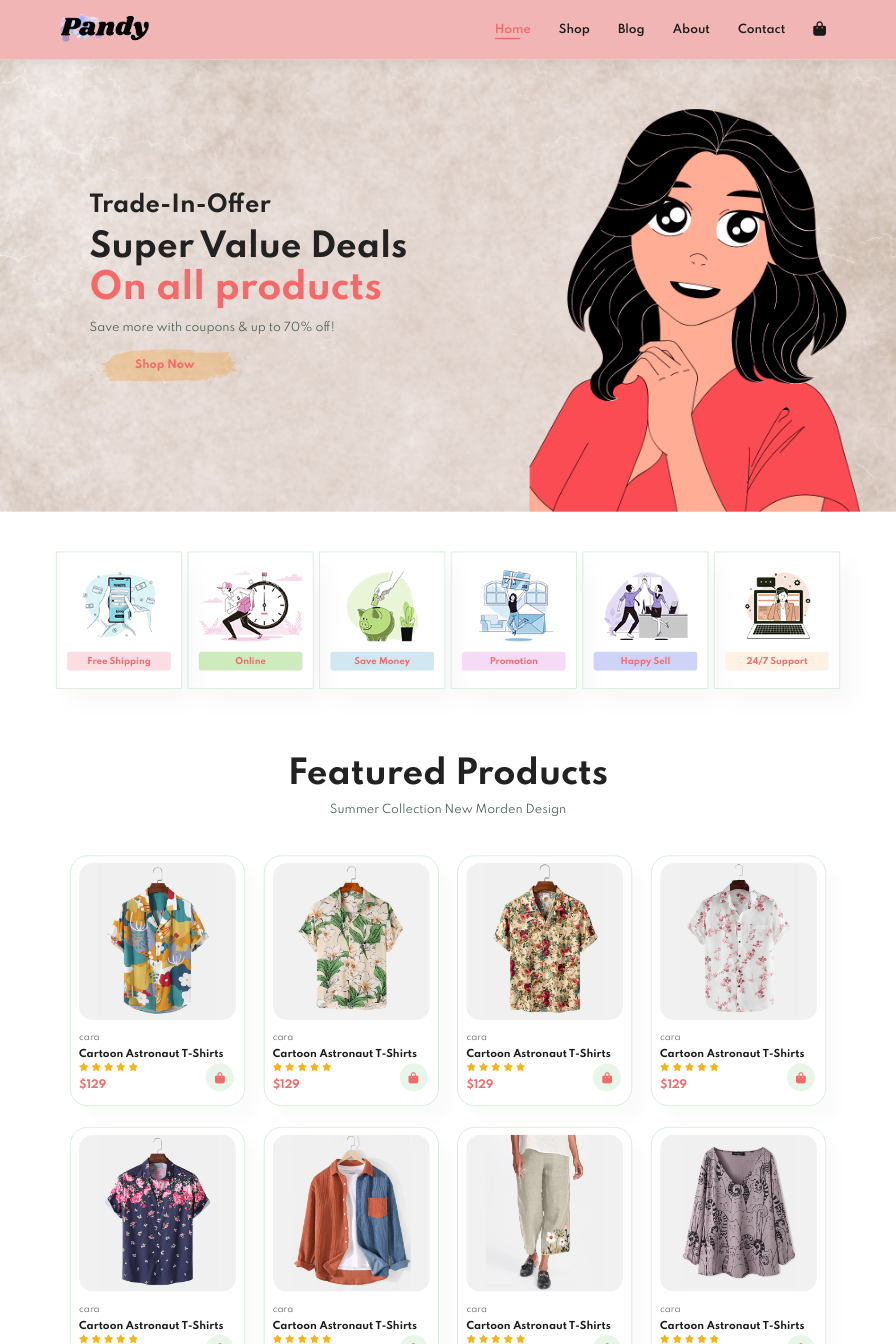
Repository: NassimeElkamari/Pandy-store-Frontend
Page: index.html
These files come from the project's save history. The page is drawn as it stood at one moment and after a run of saves; the edit follows.
The browser window is 1280 px wide. The pictures show the part of the page from y = 0 to 1920 px (the page is 3800 px tall), at 70% of full size.

Above is the page before, as saved 2024-10-05 12:09:14.

### index.html
<!DOCTYPE html>
<html lang="en">
<head>
    <meta charset="UTF-8">
    <title>Belli store</title>
    <link rel="stylesheet" href="style.css">
    <link rel="stylesheet" href="https://cdnjs.cloudflare.com/ajax/libs/font-awesome/6.5.1/css/all.min.css">
    <link rel="icon" href="img/favicon.ico">
</head>
<body>
    <!--Header-->
    <header id="Header">
        <a href="#"><img src="img/logo (1).png" class="logo"></a>
        <nav>
            <ul id="navbar">
                <li><a href="index.html" class="active">Home</a></li>
                <li><a href="shop.html" class="n-active">Shop</a></li>
                <li><a href="blog.html" class="n-active">Blog</a></li>
                <li><a href="about.html" class="n-active">About</a></li>
                <li><a href="contact.html" class="n-active">Contact</a></li>
                <li class="lg-bag"><a href="cart.html"><i class="fa-solid fa-bag-shopping head-cart"></i></a></li>
                <a id="Close" href="#"><i class="fa-solid fa-xmark"></i></a>
            </ul>
        </nav>
        <div id="mobile">
            <a href="cart.html"><i class="fa-solid fa-bag-shopping head-cart"></i></a>
            <i id="bar" class="fa-solid fa-bars"></i>
        </div>
    </header>

    <!--Hero section-->
    <section id="img-slider">
        <div class="slide active">
            <img src="img/img1.png" >
            <div class="info">
                <h4 class="select-none">Trade-In-Offer</h4>
                <h2 class="select-none">Super Value Deals</h2>
                <h1 class="select-none">On all products</h1>
                <p class="select-none">Save more with coupons & up to 70% off!</p>
                <button>Shop Now</button>
            </div>
        </div>
    </section>

    <!--Feature Section-->

    <section id="feature" class="section-p1">
        <div class="fe-box">
            <img src="img/features (1)/f1.png" >
            <h6>Free Shipping</h6>
        </div>
        <div class="fe-box">
            <img src="img/features (1)/f2.png" >
            <h6>Online</h6>
        </div>
        <div class="fe-box">
            <img src="img/features (1)/f3.png" >
            <h6>Save Money</h6>
        </div>
        <div class="fe-box">
            <img src="img/features (1)/f4.png" >
            <h6>Promotion</h6>
        </div>
        <div class="fe-box">
            <img src="img/features (1)/f5.png" >
            <h6>Happy Sell</h6>
        </div>
        <div class="fe-box">
            <img src="img/features (1)/f6.png" >
            <h6>24/7 Support</h6>
        </div>
    </section>

    <!--Products-->
    <section class="section-p1" id="product1">
        <h2>Featured Products</h2>
        <p>Summer Collection New Morden Design</p>
        <div class="pro-container">
            <div class="pro">
                <img src="img/products (1)/f1.jpg" >
                <div class="des">
                    <span>cara</span>
                    <h5>Cartoon Astronaut T-Shirts</h5>
                    <div class="star">
                        <i class="fa-solid fa-star"></i>
                        <i class="fa-solid fa-star"></i>
                        <i class="fa-solid fa-star"></i>
                        <i class="fa-solid fa-star"></i>
                        <i class="fa-solid fa-star"></i>
                    </div>
                    <h4>$129</h4>
                </div>
                <a href="cart.html" class="cart">
                    <i class="fa-solid fa-bag-shopping"></i>
                </a>
            </div>
            <div class="pro">
                <img src="img/products (1)/f2.jpg" >
                <div class="des">
                    <span>cara</span>
                    <h5>Cartoon Astronaut T-Shirts</h5>
                    <div class="star">
                        <i class="fa-solid fa-star"></i>
                        <i class="fa-solid fa-star"></i>
                        <i class="fa-solid fa-star"></i>
                        <i class="fa-solid fa-star"></i>
                        <i class="fa-solid fa-star"></i>
                    </div>
                    <h4>$129</h4>
                </div>
                <a href="cart.html" class="cart">
                    <i class="fa-solid fa-bag-shopping"></i>
                </a>
            </div>
            <div class="pro">
                <img src="img/products (1)/f3.jpg" >
                <div class="des">
                    <span>cara</span>
                    <h5>Cartoon Astronaut T-Shirts</h5>
                    <div class="star">
                        <i class="fa-solid fa-star"></i>
                        <i class="fa-solid fa-star"></i>
                        <i class="fa-solid fa-star"></i>
                        <i class="fa-solid fa-star"></i>
                        <i class="fa-solid fa-star"></i>
                    </div>
                    <h4>$129</h4>
                </div>
                <a href="cart.html" class="cart">
                    <i class="fa-solid fa-bag-shopping"></i>
                </a>
            </div>
            <div class="pro">
                <img src="img/products (1)/f4.jpg" >
                <div class="des">
                    <span>cara</span>
                    <h5>Cartoon Astronaut T-Shirts</h5>
                    <div class="star">
                        <i class="fa-solid fa-star"></i>
                        <i class="fa-solid fa-star"></i>
                        <i class="fa-solid fa-star"></i>
                        <i class="fa-solid fa-star"></i>
                        <i class="fa-solid fa-star"></i>
                    </div>
                    <h4>$129</h4>
                </div>
                <a href="cart.html" class="cart">
                    <i class="fa-solid fa-bag-shopping"></i>
                </a>
            </div>
            <div class="pro">
                <img src="img/products (1)/f5.jpg" >
                <div class="des">
                    <span>cara</span>
                    <h5>Cartoon Astronaut T-Shirts</h5>
                    <div class="star">
                        <i class="fa-solid fa-star"></i>
                        <i class="fa-solid fa-star"></i>
                        <i class="fa-solid fa-star"></i>
                        <i class="fa-solid fa-star"></i>
                        <i class="fa-solid fa-star"></i>
                    </div>
                    <h4>$129</h4>
                </div>
                <a href="cart.html" class="cart">
                    <i class="fa-solid fa-bag-shopping"></i>
                </a>
            </div>
            <div class="pro">
                <img src="img/products (1)/f6.jpg" >
                <div class="des">
                    <span>cara</span>
                    <h5>Cartoon Astronaut T-Shirts</h5>
                    <div class="star">
                        <i class="fa-solid fa-star"></i>
                        <i class="fa-solid fa-star"></i>
                        <i class="fa-solid fa-star"></i>
                        <i class="fa-solid fa-star"></i>
                        <i class="fa-solid fa-star"></i>
                    </div>
                    <h4>$129</h4>
                </div>
                <a href="cart.html" class="cart">
                    <i class="fa-solid fa-bag-shopping"></i>
                </a>
            </div>
            <div class="pro">
                <img src="img/products (1)/f7.jpg" >
                <div class="des">
                    <span>cara</span>
                    <h5>Cartoon Astronaut T-Shirts</h5>
                    <div class="star">
                        <i class="fa-solid fa-star"></i>
                        <i class="fa-solid fa-star"></i>
                        <i class="fa-solid fa-star"></i>
                        <i class="fa-solid fa-star"></i>
                        <i class="fa-solid fa-star"></i>
                    </div>
                    <h4>$129</h4>
                </div>
                <a href="cart.html" class="cart">
                    <i class="fa-solid fa-bag-shopping"></i>
                </a>
            </div>
            <div class="pro">
                <img src="img/products (1)/f8.jpg" >
                <div class="des">
                    <span>cara</span>
                    <h5>Cartoon Astronaut T-Shirts</h5>
                    <div class="star">
                        <i class="fa-solid fa-star"></i>
                        <i class="fa-solid fa-star"></i>
                        <i class="fa-solid fa-star"></i>
                        <i class="fa-solid fa-star"></i>
                        <i class="fa-solid fa-star"></i>
                    </div>
                    <h4>$129</h4>
                </div>
                <a href="cart.html" class="cart">
                    <i class="fa-solid fa-bag-shopping"></i>
                </a>
            </div>
        </div>
    </section>

    <!--Call to Action-->
    <section id="banner" class="section-m1">
        <h4>Repair Services</h4>
        <h2>Up to <span>70% Off</span> All t-shirt & Accessories</h2>
        <button class="normal">Explore More</button>
    </section>

    <!--Small Banner-->
    <section id="sm-banner" class="section-p1">
        <div class="banner-box">
            <h4>Crazy deals</h4>
            <h2>buy 1 get 1 free</h2>
            <span>The best classic dress is on sale at cara</span>
            <button class="white">Learn More</button>
        </div>
        <div class="banner-box">
            <h4>spring summer</h4>
            <h2>upcoming season</h2>
            <span>The best classic dress is on sale at cara</span>
            <button class="white">Collection</button>
        </div>
    </section>

    <!--Features banner-->
    <section id="banner3">
        <div class="banner-box">
            <h4>SEASON SALE</h4>
            <h3>winter Collection -50% OFF</h3>
        </div>
        <div class="banner-box">
            <h4>NEW FOOTWEAR COLLECTION</h4>
            <h3>spring / summer 2024</h3>
        </div>
        <div class="banner-box">
            <h4>T-SHIRT</h4>
            <h3>New Trendy Prints</h3>
        </div>
    </section>

    <!--NewsLetter-->
    <section id="newsletter" class="section-p1 section-m1">
        <div class="newstext">
        <h4>Sign Up For NewsLetters</h4>
        <p>Get E-mail updates about our latest shop and <span>special offers.</span></p>
        </div>
        <form class="form">
            <input type="text" placeholder="Your email address"/>
            <button class="normal" type="submit">Sign Up</button>
        </form>
    </section>

    <!--Footer-->
    <footer class="section-p1">
        <div class="col">
            <img src="img/logo (1).png" class="logo">
            <h4>Contact</h4>
            <p><strong>Address: </strong>Bettana Salé</p>
            <p><strong>Phone: </strong>+212697690746</p>
            <p><strong>Hours: </strong>10:00 - 18:00, Mon - Sat</p>
            <div class="follow">
                <h4>Follow us</h4>
                <div class="icon">
                    <i class="fa-brands fa-facebook"></i>
                    <i class="fa-brands fa-instagram"></i>
                    <i class="fa-brands fa-linkedin"></i>
                    <i class="fa-brands fa-twitter"></i>
                </div>
            </div>
        </div>
        <div class="col">
            <h4>About</h4>
            <a href="about.html">About Us</a>
            <a href="blog.html">Delivery Information</a>
            <a href="blog.html">Privacy Policy</a>
            <a href="blog.html">Terms &amp; Conditions</a>
            <a href="contact.html">Contact Us</a>
        </div>
        <div class="col">
            <h4>My Account</h4>
            <a href="#">Sign In</a>
            <a href="cart.html">View Cart</a>
            <a href="shop.html">My WishList</a>
            <a href="product.html">Track My Order</a>
            <a href="contact.html">Help</a>
        </div>
        <div class="col install">
            <h4>Install App</h4>
            <p>From App Store or Google Play</p>
            <div class="row">
                <img src="img/pay (1)/app.jpg" >
                <img src="img/pay (1)/play.jpg" >
            </div>
            <p>Secured Payment Gateways</p>
            <img src="img/pay (1)/pay.png" >
        </div>
        <div class="copyright">
            <p>@2024 NassimeElkamari. All Rights Reserved</p>
        </div>
    </footer>

    <script src="main.js"></script>
</body>
</html>

### style.css
/* google font */
@import url('https://fonts.googleapis.com/css2?family=Spartan:wght@100;200;300;400;500;600;700;800;900&display=swap');

:root {
  --primary-color: #f76868;
}

* {
  margin: 0;
  padding: 0;
  box-sizing: border-box;
  font-family: 'Spartan', sans-serif;
}

html {
  scroll-behavior: smooth;
}

/********** Global Styles ************/

h1 {
  font-size: 3.125rem;
  line-height: 4rem;
  color: #222;
}

h2 {
  font-size: 2.875rem;
  line-height: 3.375rem;
  color: #222;
}

h4 {
  font-size: 2rem;
  color: #222;
}

h6 {
  font-weight: 700;
  font-size: 12px;
}

p {
  font-size: 16px;
  color: #465b52;
  margin: 15px 0 20px 0;
}

a {
  text-decoration: none;
}

.section-p1 {
  padding: 40px 80px;
}

.section-m1 {
  margin: 40px 0;
}

button.normal {
  font-size: 14px;
  font-weight: 600;
  padding: 15px 30px;
  color: #000;
  background-color: #fff;
  border-radius: 5px;
  cursor: pointer;
  border: none;
  outline: none;
  transition: all 0.3s ease;
}

button.white {
  font-size: 13px;
  font-weight: 600;
  padding: 11px 18px;
  color: #ffffff;
  background-color: transparent;
  cursor: pointer;
  border: 1px solid white;
  outline: none;
  transition: all 0.3s ease;
}

/* header section */

#Header{
    display: flex;
    justify-content: space-between;
    align-items: center;
    padding: 20px 80px;
    background: #f1b5b5;
    box-shadow: 0 5px 15px rgba(0, 0 , 0 , 0.06);
    position: sticky;
    top: 0;
    left: 0;
    z-index: 10;
}

#navbar{
    display: flex;
    align-items: center;
    justify-content: center;
    list-style: none;
}

#navbar li{
    padding: 0 20px;
    position: relative;
}

#navbar li a{
    font-size: 1rem;
    font-weight: 600;
    color: #1a1a1a;
    transition: all 0.3s ease;
}

#navbar li a:hover,
#navbar li a.active {
    color: var(--primary-color);
    transition: 0.5s;
}


#navbar li a::after {
    content: '';
    width: 0;
    height: 2px;
    background-color: var(--primary-color);
    position: absolute;
    bottom: -4px;
    left: 20px;
    transition: 0.4s;
}

#navbar li a:hover::after{
    width: 40%;
}

#navbar li a.active::after{
    width: 40%;
}

.head-cart{
    font-size: 1.3rem;
}

#mobile{
    display: none;
}

#Close{
    display: none;
}

/* hero section*/

#img-slider{
    height: 90vh;
    width: 100%;
    display: flex;
    justify-content: center;
    align-items: center;
    position: relative;
    overflow: hidden;
}

#img-slider .slide img{
    object-fit: cover;
    width: 100vw;
    height: 90vh;
    object-position: top right;
    position: relative;
}

#img-slider .slide .info{
    z-index: 1;
    position: absolute;
    top: 50%;
    transform: translateY(-50%);
    display: flex;
    flex-direction: column;
    align-items: flex-start;
    justify-content: center;
    padding-left: 10%;
}

.select-none{
    user-select: none;
}

#img-slider .slide .info h4{
    padding-bottom: 15px;

}

#img-slider .slide .info h1{
    color: var(--primary-color);
}

#img-slider .slide .info button{
    background: url(img/button\ \(1\).png);
    background-color: transparent;
    color: var(--primary-color);
    border: 0;
    padding: 14px 80px 14px 65px;
    font-size: 15px;
    font-weight: 700;
}

/* feature section*/

#feature{
    display: flex;
    align-items: center;
    justify-content: space-between;
    flex-wrap: wrap;
}

#feature .fe-box{
    width: 180px;
    text-align: center;
    padding: 25px 15px;
    box-shadow: 20px 20px 34px rgba(0, 0 , 0 , 0.03);
    border: 1px solid #cce7d0;
    border-radius: 1px;
    margin: 15px 0;
    cursor: pointer;
    transition: all 0.3s linear;
}

#feature .fe-box:hover{
    box-shadow: 10px 10px 54px rgba(70, 62 , 221 , 0.1);
}

#feature .fe-box img{
    width: 100%;
    margin-bottom: 10px;
}

#feature .fe-box h6{
    padding: 9px 8px 6px 8px;
    background-color: #fddde4;
    border-radius: 4px;
    color: var(--primary-color);
    line-height: 1;
}

#feature .fe-box:nth-child(2) h6{
    background-color: #cdebbc;
}

#feature .fe-box:nth-child(3) h6{
    background-color: #d1e8f2;
}

#feature .fe-box:nth-child(4) h6{
    background-color: #f6dbf6;
}

#feature .fe-box:nth-child(5) h6{
    background-color: #cdd4f8;
}

#feature .fe-box:nth-child(6) h6{
    background-color: #fff2e5;
}

/* product section */

#product1{
    text-align: center;
}

#product1 .pro-container{
    padding: 20px;
    display: flex;
    justify-content: space-between;
    flex-wrap: wrap;
    align-items: center;
}

#product1 .pro-container .pro{
    width: 23%;
    min-width: 250px;
    padding: 10px 12px;
    border: 1px solid #cce7d0;
    border-radius: 25px;
    cursor: pointer;
    box-shadow: 20px 20px 20px rgba(0, 0 , 0 , 0.02);
    margin: 15px 0;
    transition: all 0.3s linear;
    position: relative;
}

#product1 .pro-container .pro:hover{
    box-shadow: 20px 20px 20px rgba(0, 0 , 0 , 0.15);
}

#product1 .pro-container .pro img{
    width: 100%;
    border-radius: 20px;
}

#product1 .pro .des{
    text-align: start;
    padding: 10px 0 ;
}

#product1 .pro .des span{
    color: #606063;
    font-size: 12px;
}

#product1 .pro .des h5{
    padding-top: 7px;
    color: #1a1a1a;
    font-size: 14px;
}

#product1 .pro .des i{
    font-size: 12px;
    color: rgb(243, 181, 25);
}

#product1 .pro .des h4{
    padding-top: 7px;
    font-weight: 700;
    font-size: 15px;
    color: var(--primary-color);
}

#product1 .pro .cart i{
    width: 40px;
    line-height: 40px;
    background-color: #e8f6ea;
    border-radius: 50px;
    color: var(--primary-color);
    position: absolute;
    bottom: 20px;
    right: 15px;
}

/* Call to Action*/

#banner{
    background: url(img/banner/b2\ \(1\).jpg) center/cover;
    height: 40vh;
    width: 100%;
    text-align: center;
    display: flex;
    flex-direction: column;
    align-items: center;
    justify-content: center;
}

#banner h4{
    color: white;
    font-size: 16px;
}

#banner h2{
    color: white;
    font-size: 30px;
    padding: 10px 0;
}

#banner h2 span{
    color: #ef3636;
}

#banner .normal:hover{
    background-color: var(--primary-color);
    color: #fff;
}

/* small box*/

#sm-banner{
    display: flex;
    justify-content: space-around;
    flex-wrap: wrap;
}

#sm-banner .banner-box{
    background: url(img/img1.jpg) center/cover;
    height: 50vh;
    min-width: 47%;
    display: flex;
    align-items: start;
    justify-content: center;
    flex-direction: column;
    padding: 30px;
}

#sm-banner .banner-box h4{
    color: white;
    font-size: 20px;
    font-weight: 300;
}

#sm-banner .banner-box h2{
    color: white;
    font-size: 28px;
    font-weight: 800;
}

#sm-banner .banner-box span{
    color: white;
    font-size: 14px;
    font-weight: 500;
    padding-bottom: 15px;
}

#sm-banner .banner-box:hover button{
    background-color: var(--primary-color);
    border: 1px solid var(--primary-color);
}

#sm-banner .banner-box:nth-child(2){
    background: url(img/banner/b10\ \(1\).jpg);
}

/* banner 3 section*/

#banner3{
    display: flex;
    flex-wrap: wrap;
    justify-content: space-around;
    padding: 0 80px;
}

#banner3 .banner-box{
    background: url(img/img4.jpg) center/cover;
    height: 30vh;
    min-width: 30%;
    display: flex;
    flex-direction: column;
    justify-content: center;
    align-items: flex-start;
    padding: 20px;
    margin-bottom: 20px;
}

#banner3 .banner-box h4{
    color: white;
    font-weight: 900;
    font-size: 22px;
}

#banner3 .banner-box h3{
    color: #ec544e;
    font-weight: 800;
    font-size: 15px;
}

#banner3 .banner-box:nth-child(2){
    background: url(img/img7.jpg) center/cover;
}

#banner3 .banner-box:nth-child(3){
    background: url(img/img3.jpg) center/cover;
}

/*Sign up*/

#newsletter {
    display: flex;
    justify-content: space-between;
    flex-wrap: wrap;
    align-items: center;
    background: url(img/banner/b1\ \(1\).jpg) center/cover;
    padding: 40px 110px;
}

#newsletter h4{
    color: white;
    font-weight: 700;
    font-size: 22px;
}

#newsletter p{
    font-size: 14px;
    font-weight: 600;
    color: #818ea0;

}

#newsletter .newstext span{
    color: #ffbd27;
}

#newsletter input{
    height: 3.125rem;
    padding: 0 1.25rem;
    font-size: 14px;
    width: 100%;
    border: 1px solid transparent;
    border-radius: 5px;
    outline: none;
    border-top-right-radius: 0;
    border-bottom-right-radius: 0;
}

#newsletter button{
    background-color: var(--primary-color);
    color: white;
    white-space: nowrap;
    height: 3.125rem;
    border-radius: 5px;
    border-top-left-radius: 0;
    border-bottom-left-radius: 0;
}

#newsletter .form{
    display: flex;
    width: 40%;

}

/*Footer*/

footer{
    display: flex;
    flex-wrap: wrap;
    justify-content: space-between;
    margin: 40px 0;
}

footer .col{
    display: flex;
    flex-direction: column;
    align-items: flex-start;
    justify-content: space-evenly;
    margin-bottom: 20px;
}

footer .logo{
    cursor: pointer;
    margin-bottom: 30px;
}

footer h4{
    font-size: 14px;
    margin-bottom: 20px;
}

footer p{
    font-size: 13px;
    margin-bottom: 8px;
}

footer a{
    font-size: 13px;
    text-decoration: none;
    color: #222;
}

footer .follow{
    margin-top: 20px;
}

footer .follow i{
    color: #465b52;
    margin-right: 4px;
}

footer .follow i:hover{
    color: var(--primary-color);
}

footer .install .row img{
    border: 1px solid var(--primary-color);
    border-radius: 6px;
    cursor: pointer;
}

footer .install img {
    margin: 10px 0 15px
}

footer .copyright{
    text-align: center;
    width: 100%;
    text-decoration: underline;
}

Loaded but not shown: main.js (no stored copy; drawn as an empty file)

After the next 2 saves:
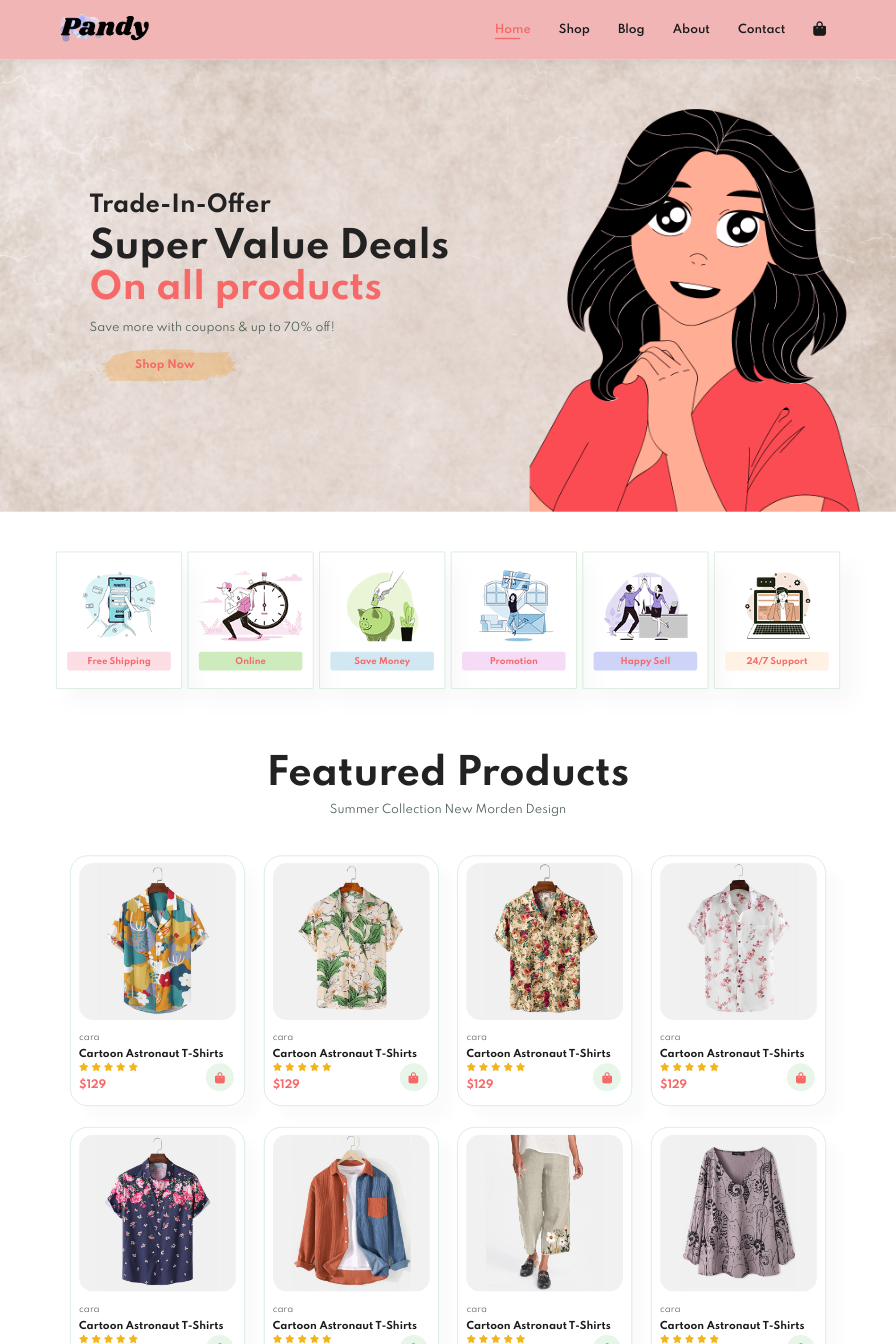
The 2 saves are shown as one change because they came seconds apart.
The last was saved 15 s later.
--- a/style.css
+++ b/style.css
@@ -25,7 +25,7 @@ h1 {
 }
 
 h2 {
-  font-size: 2.875rem;
+  font-size: 3.255rem;
   line-height: 3.375rem;
   color: #222;
 }
